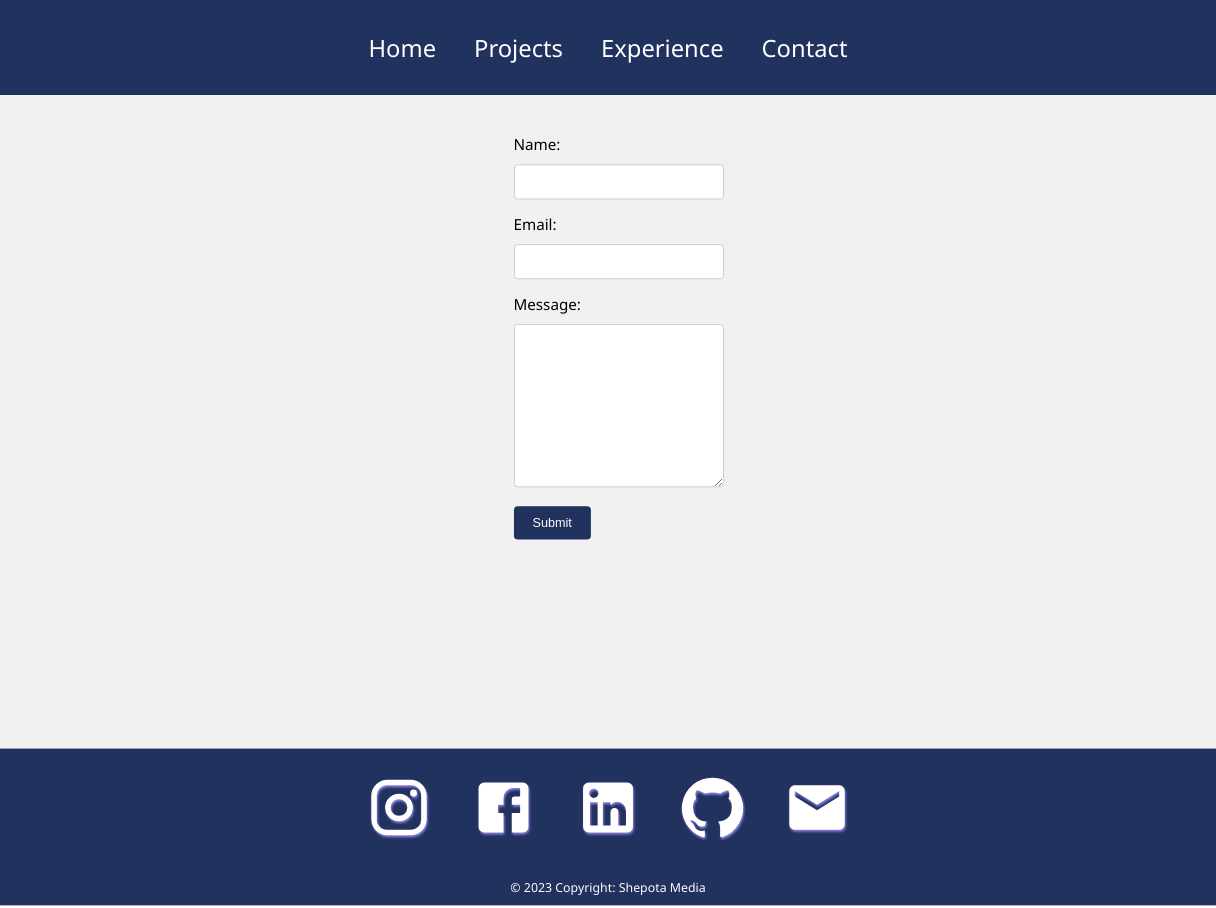
Repository: LolaSL/react-portfolio
Page: /contact
The author's editor kept a copy of each file at every save. The page is drawn from the files as they stood at one save, then again after a run of saves.
The browser window is 1280 px wide. The pictures show the whole page, at 95% of full size.
The project was rebuilt for these pictures with package versions that can differ from the ones it lists, and the page was loaded fresh each time. Also part of the build but not shown: src/pages/Home/Style.css, src/pages/Home/Home.jsx, src/components/ProjectItem/ProjectItem.jsx, src/helpers/ProjectList.js, src/pages/Projects/Style.css, src/pages/Projects/Projects.jsx, src/pages/Experience/Style.css, src/pages/Experience/Experience.jsx and 1 more.

Above is the page before, as saved 2023-07-02 09:43:57.

After the next 2 saves:
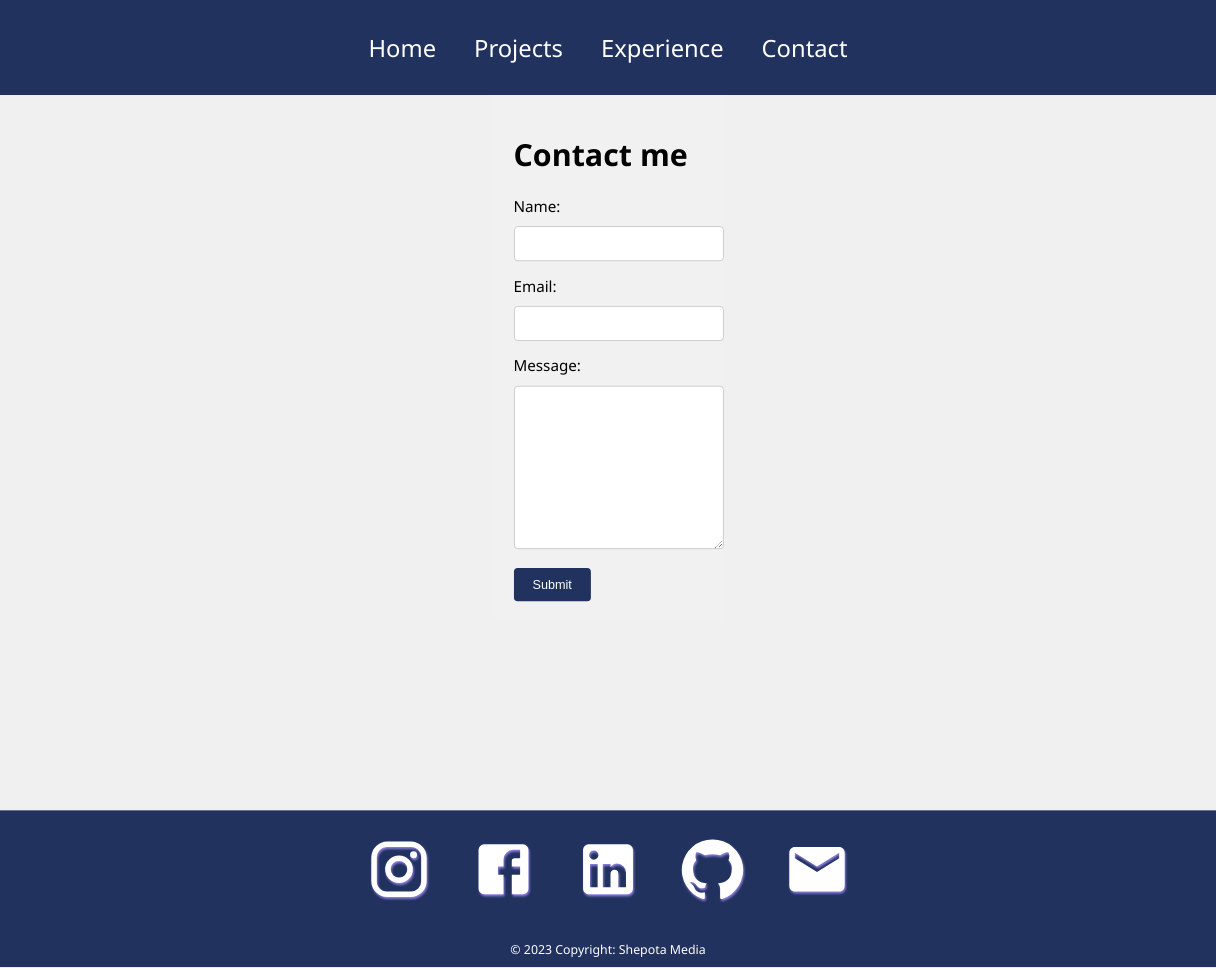
The 2 saves are shown as one change because they came seconds apart.
The last was saved 7 s later.
--- a/src/pages/Contact/Contact.jsx
+++ b/src/pages/Contact/Contact.jsx
@@ -22,7 +22,7 @@ const ContactForm = () => {
 
   return (
     <form onSubmit={handleSubmit} className="contact-form">
-      <h1></h1>
+      <h1>Contact me</h1>
       <div>
         <label htmlFor="name">Name:</label>
         <input
